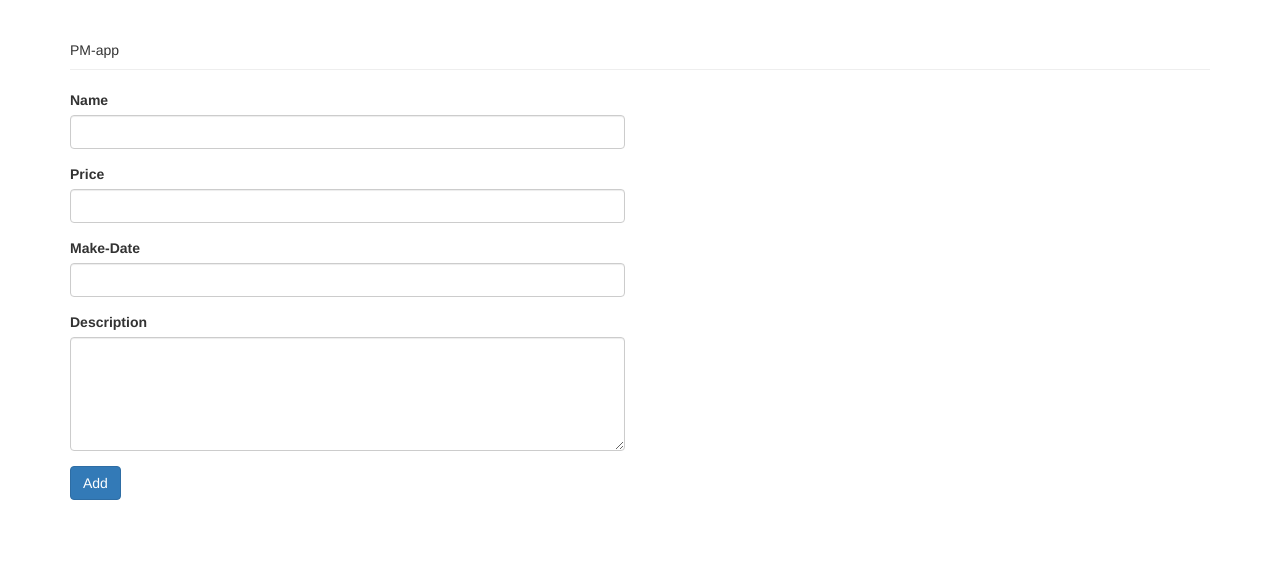
Repository: nagabhushanamn/itc-batch
Page: http://localhost/PM-v2/pm.jsp
An editor plug-in stored every save of this project. The page is shown before and after the next save, followed by the edit.
The browser window is 1280 px wide. The pictures show the whole page.
The page is served by Tomcat 9.

Above is the page before, as saved 2017-03-12 05:49:33.

After the next save:
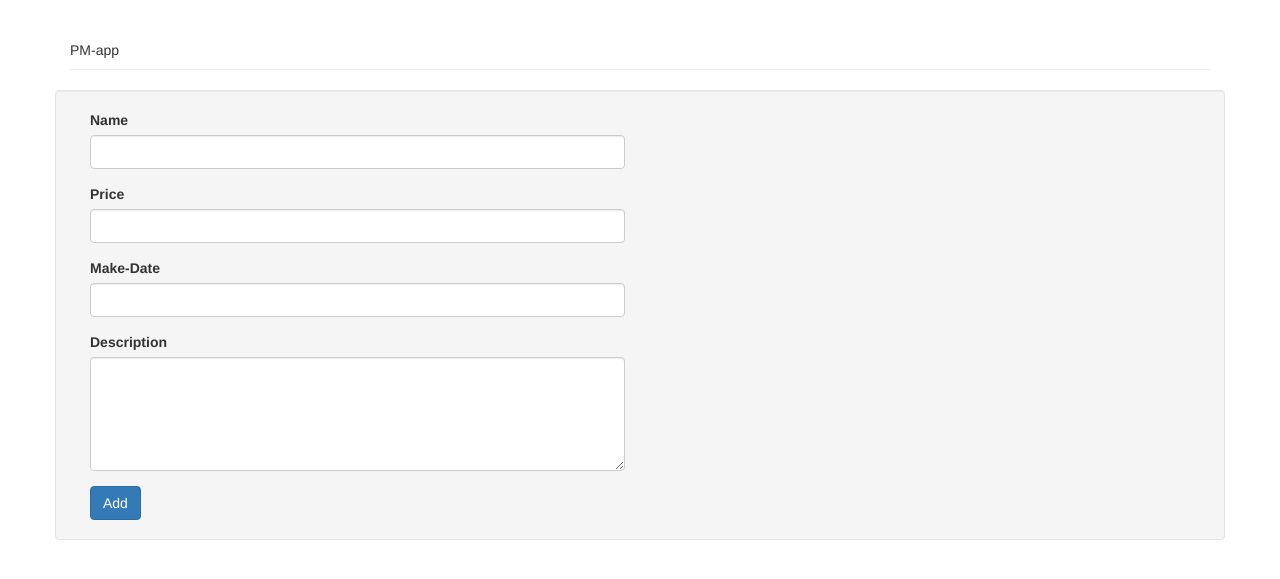
Saved 45 s later.
--- a/new/PM-v2/WebContent/pm.jsp
+++ b/new/PM-v2/WebContent/pm.jsp
@@ -9,7 +9,7 @@
 
 	<div class="page-header">PM-app</div>
 
-	<div class="row">
+	<div class="row well">
 
 		<div class="col-xs-6">
 
